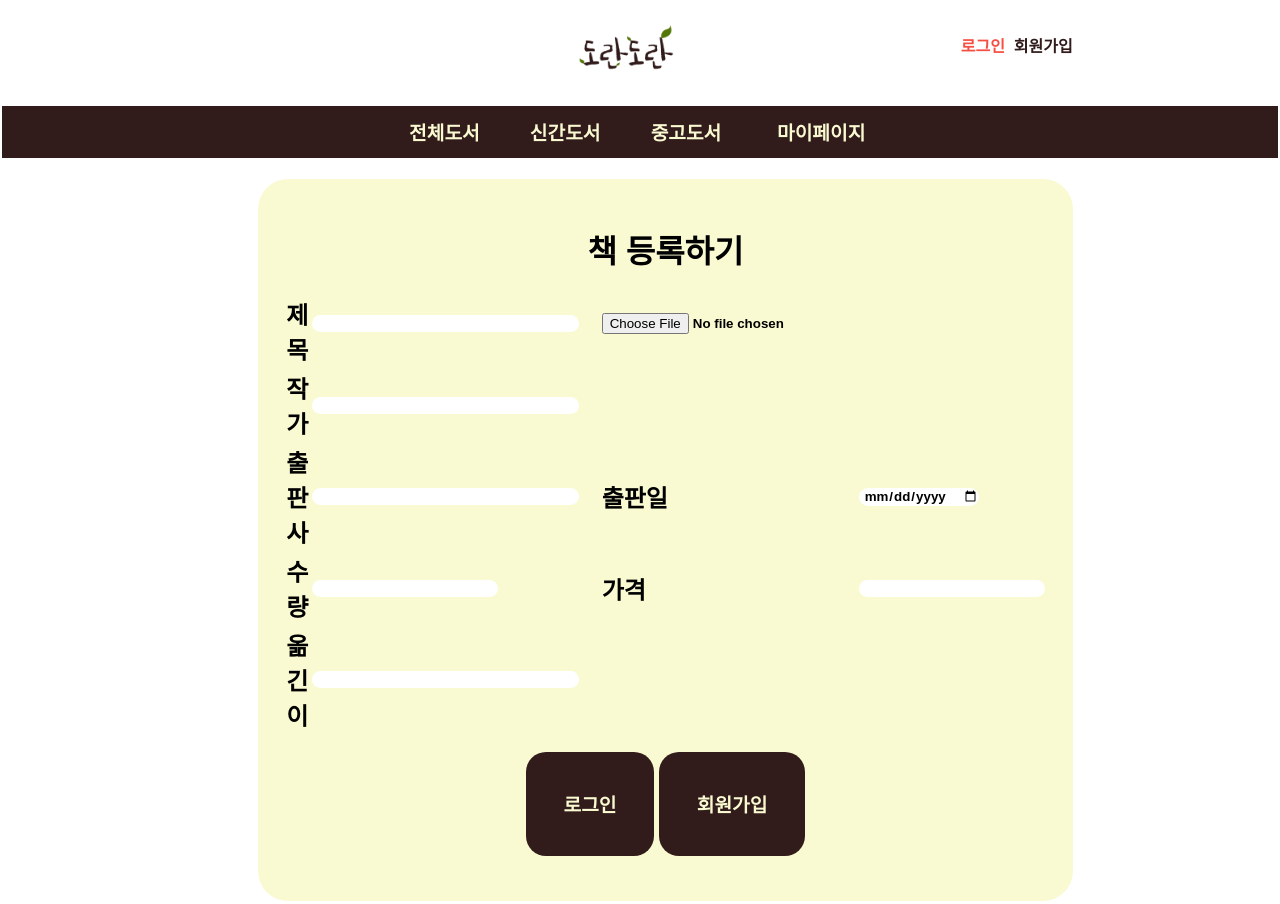
Repository: juhyun110701/DORANDORAN
Page: http://localhost/dorandoran/bookEnroll.jsp
These files come from the project's save history. The page is drawn as it stood at one moment and after the next save; the edit follows.
The browser window is 1280 px wide. The pictures show the whole page.
Some web fonts or font styles are not loaded; a fallback is used. The page is served by Tomcat 9. Other server files are loaded and not shown.

Above is the page before, as saved 2019-07-30 13:58:26.

### dorandoran/WebContent/bookEnroll.jsp
<%@ page language="java" contentType="text/html; charset=utf-8"
    pageEncoding="utf-8"%>
<!DOCTYPE html PUBLIC "-//W3C//DTD HTML 4.01 Transitional//EN" "http://www.w3.org/TR/html4/loose.dtd">
<html>
<head>
<meta http-equiv="Content-Type" content="text/html; charset=utf-8">
<title>책 등록</title>
<link rel="stylesheet" href="css/bookEnroll.css">
<link href="https://fonts.googleapis.com/css?family=Sunflower:300&display=swap" rel="stylesheet">
</head>
<body>
<jsp:include page="top.jsp" flush="false"/><p>
<form name="form" action="loginProc.jsp" method="post">
    <table id="whole">
        <tr>
           <td colspan=3>
               <div id="box" align="center">
                   <h1>책 등록하기</h1>
                   <p/>
                   <table>
                      <tr>
                          <td>
                               <font size="5%">제목</font>
                          </td>
                          <td>
                              <input type="text" name="title" class="text" size=30><p>
                          </td>
                      		<td width="10%"></td>
                      		<td>
                              <input type="file" name="file"><p>
                          </td>
                      </tr>
                      <tr>
                            <td>
                                <font size="5%">작가</font>
                            </td>
                            <td>
                                <input type="text" name="writer" class="text" size=30>
                            </td>
                       </tr>
                       <tr>
                            <td>
                                <font size="5%">출판사</font>
                            </td>
                            <td>
                                <input type="text" name="publisher" class="text" size=30>
                            </td>
                            <td width="10%"></td>
                            <td>
                                <font size="5%">출판일</font>
                            </td>
                            <td>
                                <input type="date" name="publish_date" class="text" size=30>
                            </td>
                       <tr>
                            <td>
                                <font size="5%">수량</font>
                            </td>
                            <td>
                                <input type="number" name="stock" class="text" size=30>
                            </td>
                       		<td width="10%"></td>
                            <td>
                                <font size="5%">가격</font>
                            </td>
                            <td>
                                <input type="number" name="price" class="text" size=30>
                            </td>
                       </tr>
                       <tr>
                            <td>
                                <font size="5%">옮긴이</font>
                            </td>
                            <td  colspan=4>
                                <input type="text" name="translator" class="text" size=30>
                            </td>
                       </tr>
                       <tr>
                           <td colspan=5 align="center">
                           	<p>
                           	<input type="button" id="login" class="btn" value="로그인" onclick="check()">
                           	<input type="button" id="signup" class="btn" value="회원가입" onclick="location.href='signup.jsp'">
                           	<p>
                           </td>
                       </tr>
                   </table>

               </div>
           </td>
        </tr>
    </table>
</form>
</body>
</html>

### dorandoran/WebContent/top.jsp
<%@ page language="java" contentType="text/html; charset=UTF-8"
    pageEncoding="UTF-8"%>
<!DOCTYPE html>
<html>
<head>
<meta charset="utf-8">
<title>도란도란</title>
<!--
<link rel="shortcut icon" href="img/logo.png">
<link rel="apple-touch-icon" href="img/logo_apple.png">
-->
<link rel="stylesheet" href="css/index.css">
<link href="https://fonts.googleapis.com/css?family=Sunflower:300&display=swap" rel="stylesheet">
<script>
	function check(){
		alert("로그인 후 이용하실 수 있습니다");
		return ;
	}
</script>
</head>
<body>
    <table id="whole">
        <tr>
            <td width="45%"></td>
            <td width="10%"><a href="index.jsp"><img src="img/logo.png" width="80%"></a></td>
            <td width="45%" style="padding-left:20%;">
            <div id="login"></div>
                		<a href="login.jsp" class="top_menu" style="color:#f54e42;" target="_top">로그인</a>&nbsp;
                		<a href="signup.jsp" class="top_menu" target="_top">회원가입</a><p>
            </td>
        </tr>
        <tr class="menu">
            <td colspan=3>
                <table width="100%" height="50px">
                    <tr>
                       <td width="30%"></td>
                        <td class="menu_in"><a href="index.jsp">전체도서</a></td>
                        <td class="menu_in"><a href="recentBook.jsp">신간도서</a></td>
                        <td class="menu_in"><a href="oldBook.jsp">중고도서</a></td>
                        <td class="menu_in"><a onclick="check()">마이페이지</a></td>
                        <td width="30%"></td>
                    </tr>
                </table></td>
        </tr>
    </table>
</body>
</html>

### dorandoran/WebContent/css/bookEnroll.css
body{
    margin:0;
}

*{
    font-family: 'Sunflower', sans-serif;
    font-weight:bold;
}

#whole{
    width:100%;
    height:100%;
}

a{
    text-decoration: none;
}

#box{
    background-color:lightgoldenrodyellow;
    border-radius:30px;
    width:60%;
    margin-left: 20%;
    padding:2%;
}

.text{
	border-radius:10px;
	border:0;
	outline:0;
	padding-left:5px;
}

.btn{
	background-color:#311b1b;
	color:lightgoldenrodyellow;
	border-radius:20px;
	border:0;
	outline:0;
	padding:5%;
	font-size:120%;
}

### dorandoran/WebContent/css/index.css
body{
    margin:0;
}

*{
    font-family: 'Sunflower', sans-serif;
    font-weight:bold;
}

#whole{
    width:100%;
    height:100%;
}

a{
    text-decoration: none;
}

.top_menu{
    color:#311b1b;
}

.top_menu:hover{
    color:#ed6853;
}

.menu{
    background-color:#311b1b;
    text-align:center;
    font-size:120%;
}

.menu_in a{
    color:lightgoldenrodyellow;
    width:10%;
}

.menu_in a:hover{
    color:#ed6853;
}

After the next save:
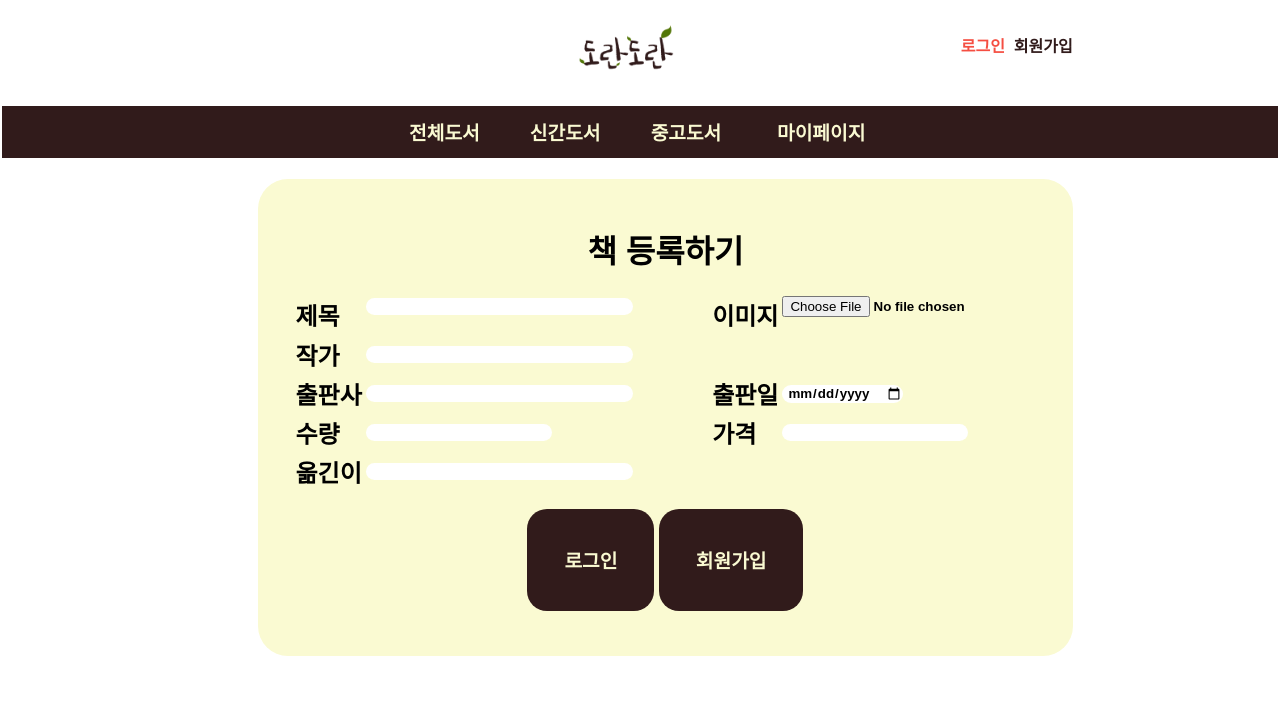
Saved 26 s later.
--- a/dorandoran/WebContent/bookEnroll.jsp
+++ b/dorandoran/WebContent/bookEnroll.jsp
@@ -19,13 +19,16 @@
                    <p/>
                    <table>
                       <tr>
-                          <td>
+                         	 <td>
                                <font size="5%">제목</font>
-                          </td>
-                          <td>
+                         	 </td>
+                         	 <td>
                               <input type="text" name="title" class="text" size=30><p>
-                          </td>
+                       	   </td>
                       		<td width="10%"></td>
+                      		<td>
+                               <font size="5%">이미지</font>
+                          	</td>
                       		<td>
                               <input type="file" name="file"><p>
                           </td>
